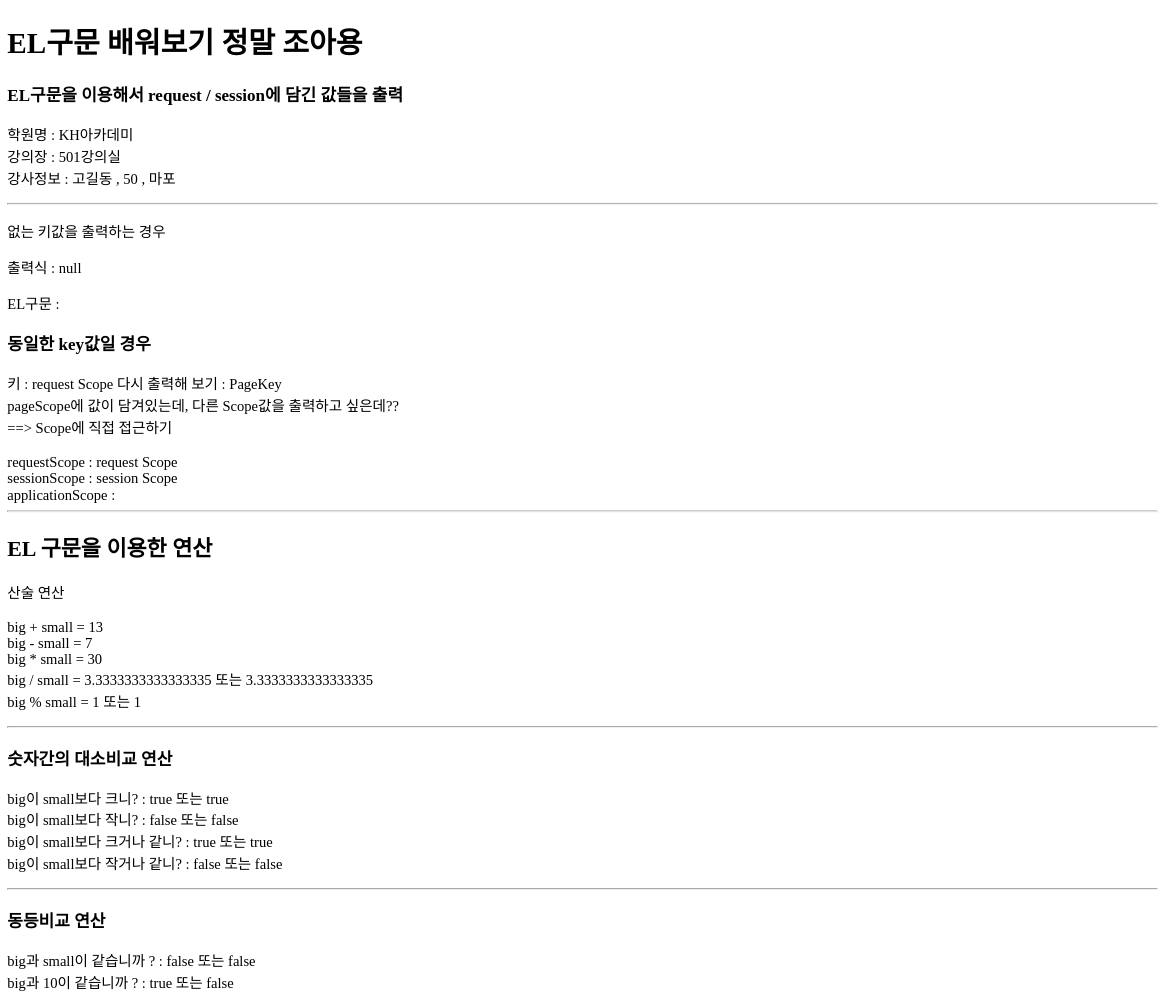
Repository: rlaehqkf/java_practice
Page: http://localhost/ActionProject/el.do
These files come from the project's save history. The page is drawn as it stood at one moment and after the next save; the edit follows.
The browser window is 1280 px wide. The pictures show the whole page, at 91% of full size.
The page is served by Tomcat 9.

Above is the page before, as saved 2026-05-06 06:35:47.

After the next save:
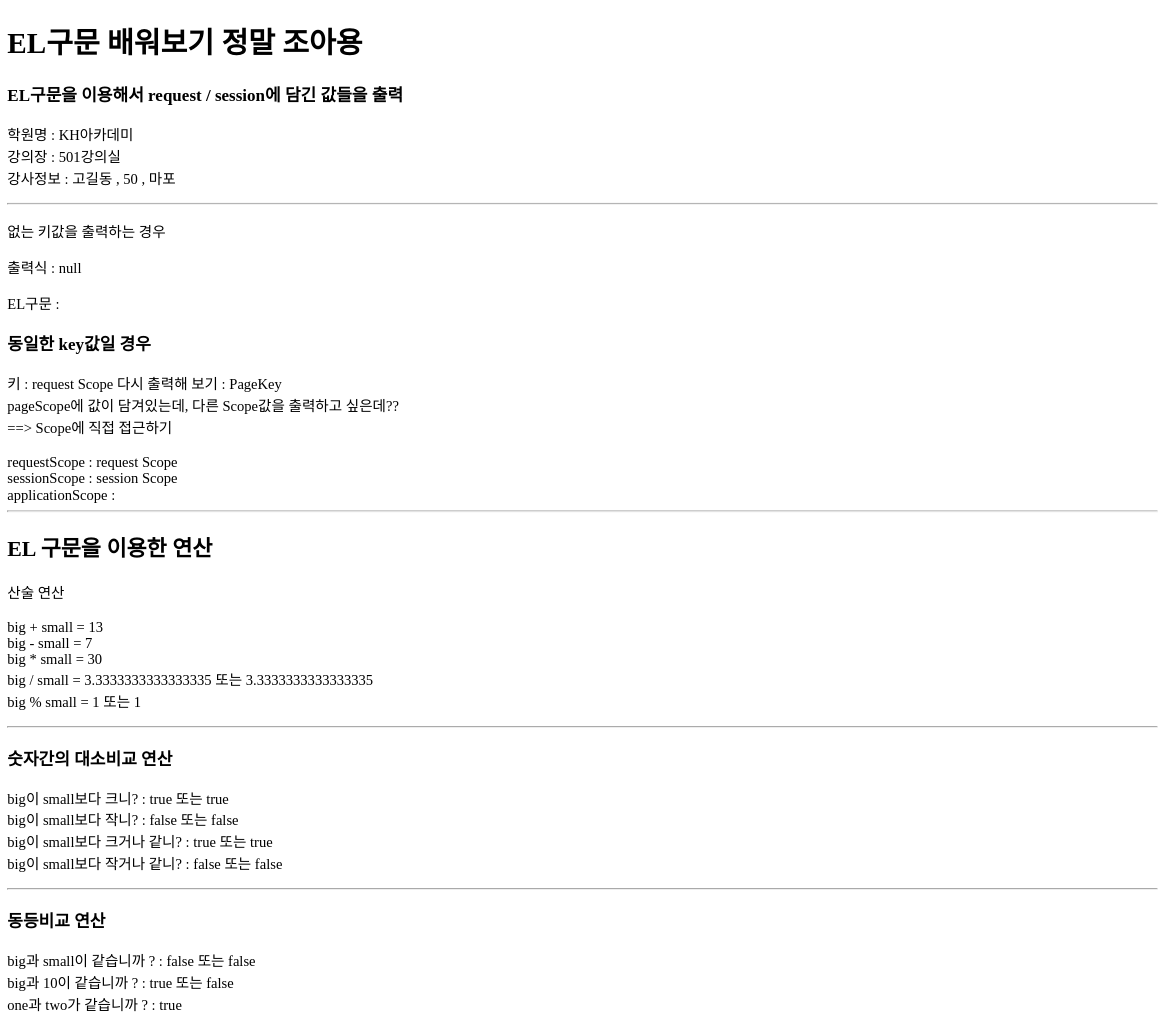
Saved 53 s later.
--- a/ActionProject/src/main/webapp/WEB-INF/views/01_el.jsp
+++ b/ActionProject/src/main/webapp/WEB-INF/views/01_el.jsp
@@ -122,6 +122,7 @@
 		big과 small이 같습니까 ? : ${ big == small } 또는 ${ big eq small } <br>
 		big과 10이 같습니까 ? : ${ big eq 10 } 또는 ${ big ne 10 } <br>
 													<!--  ne : not equals -->
+		one과 two가 같습니까 ? : ${ strOne == strTwo }
 	</p>
 
 
